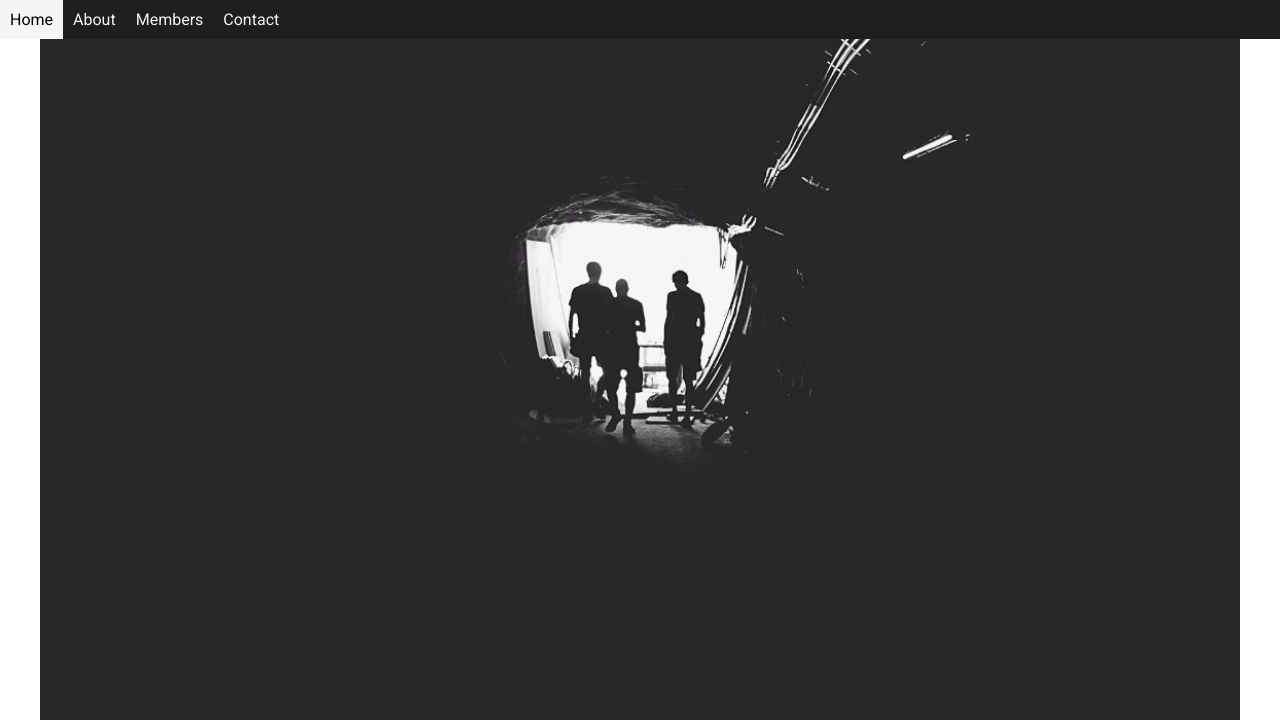
Repository: hieu-22/w3_band_UI
Page: index.html
The author's editor kept a copy of each file at every save. The page is drawn from the files as they stood at one save, then again after the next save.
The browser window is 1280 px wide. The pictures show the whole page.

Above is the page before, as saved 2022-12-30 09:15:50.

After the next save:
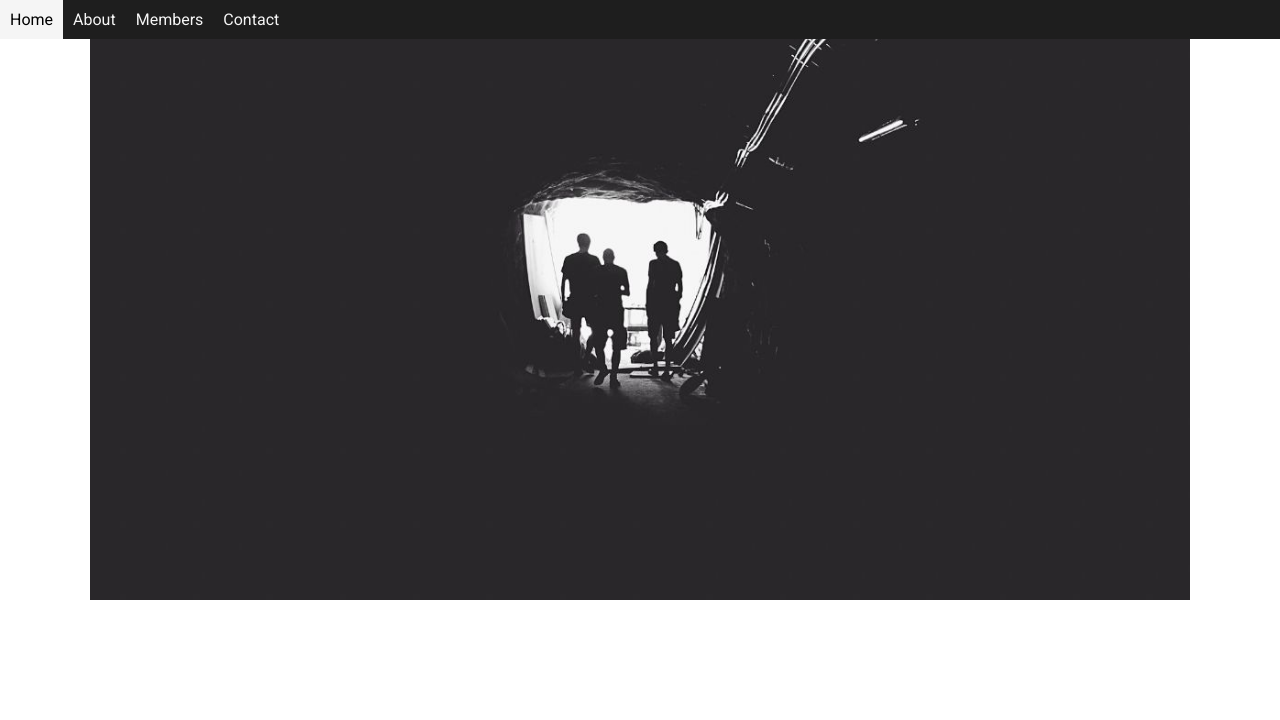
Saved 22 s later.
--- a/assets/css/style.css
+++ b/assets/css/style.css
@@ -8,12 +8,12 @@
 html {
     font-family: 'Roboto', sans-serif;
     font-size: 16px;
-    width: 1200px;
+    width: 1100px;
     margin: auto;
 }
 
 .header {
-    height: 720px;
+    height: 600px;
 }
 
 .navigation-bar {
